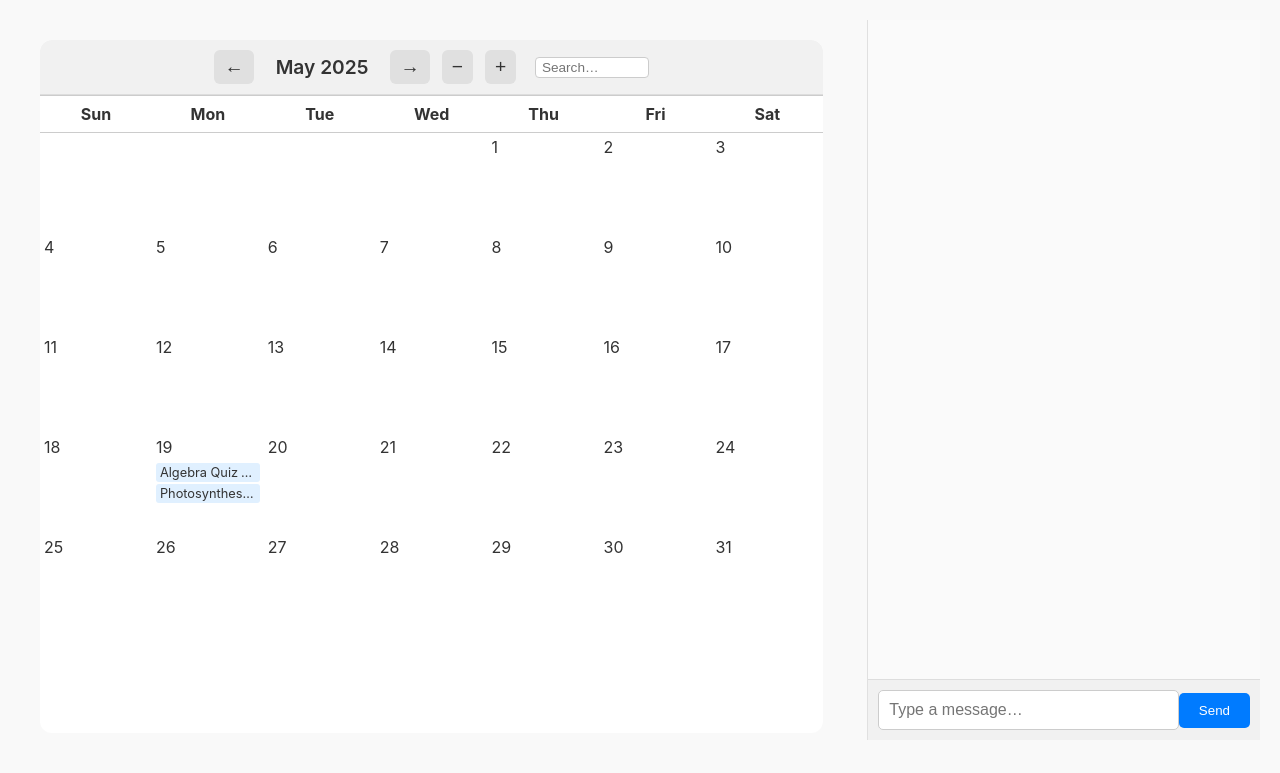
Repository: saifg123/Peer
Page: app.html
The author's editor kept a copy of each file at every save. The page is drawn from the files as they stood at one save, then again after the next save.
The browser window is 1280 px wide. The pictures show the whole page.

Above is the page before, as saved 2025-05-19 13:29:35.

After the next save:
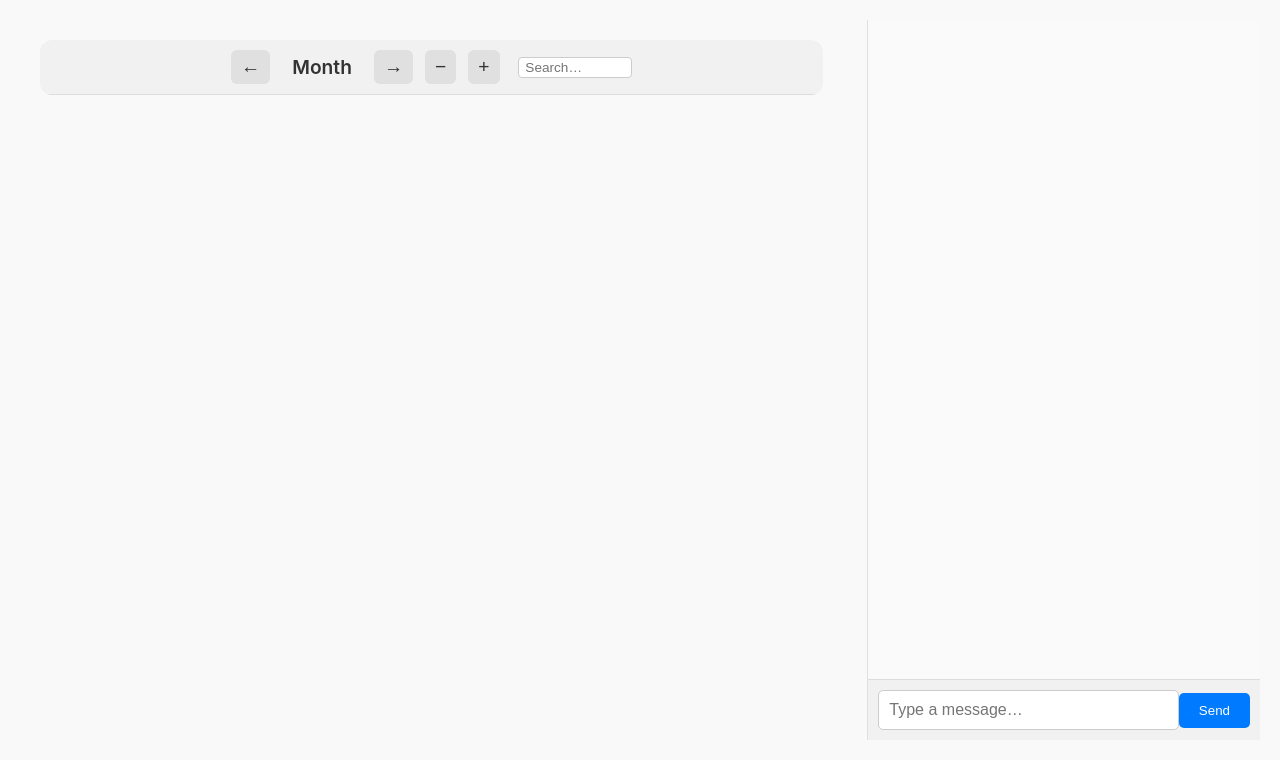
Console error: SyntaxError: Identifier 'toDate' has already been declared
Saved 3 min 53 s later.
--- a/script.js
+++ b/script.js
@@ -496,7 +496,13 @@
 });
 
 calendarEl.addEventListener("drop", (e) => {
-  const targetCell = e.target.closest("[data-date]");
+  let target = e.target;
+while (target && !target.dataset.date) {
+  target = target.parentElement;
+}
+if (!target) return;
+const toDate = target.dataset.date;
+
   if (!targetCell) return;
 
   const fromDate = e.dataTransfer.getData("text/plain");

After the 2 saves that followed:
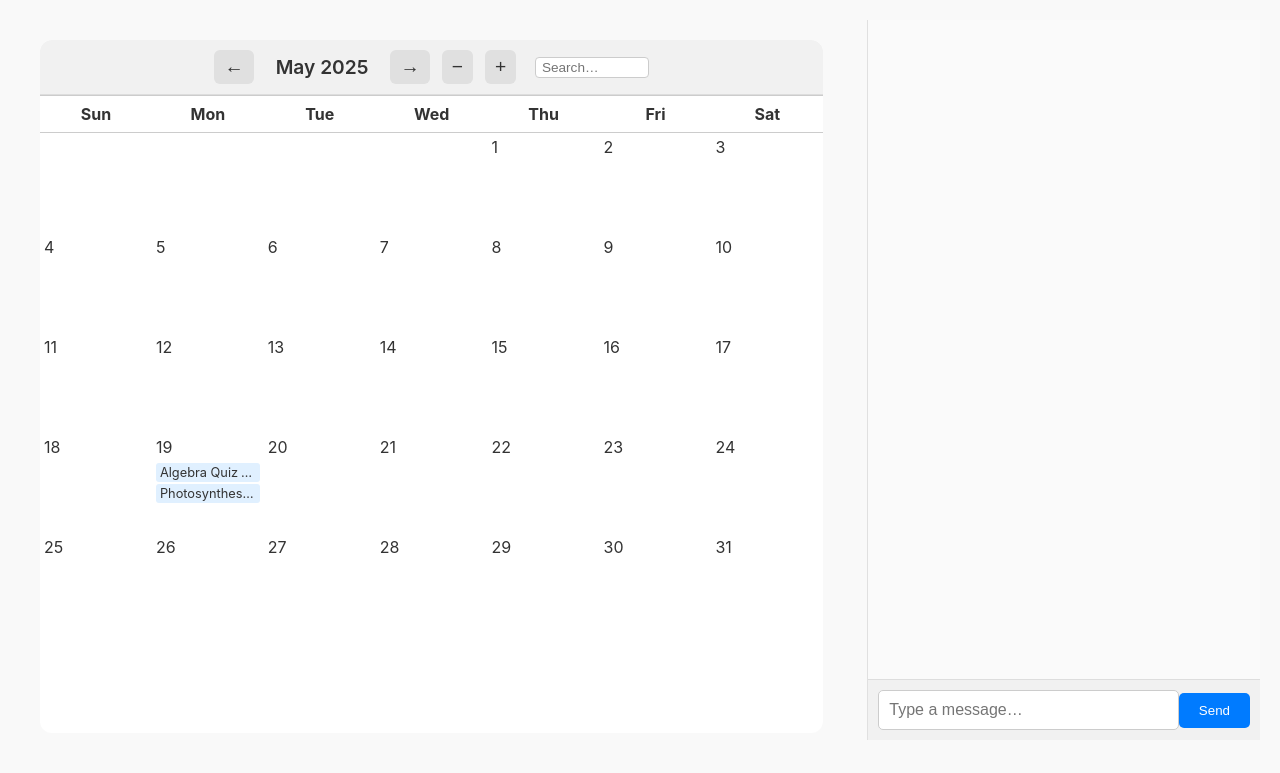
The error is gone.
The 2 saves are shown as one change because 1 left the picture as it was.
The last was saved 3 min 42 s later.
--- a/script.js
+++ b/script.js
@@ -482,11 +482,16 @@
 animate();
 // ─── Drag-and-Drop Notes ───
 calendarEl.addEventListener("dragstart", (e) => {
+  calendarEl.addEventListener("dragstart", (e) => {
   const banner = e.target.closest(".note-banner");
-  if (banner) {
-    const cell = banner.closest("[data-date]");
-    e.dataTransfer.setData("text/plain", cell.dataset.date);
-  }
+  if (!banner) return;
+
+  const noteKey = banner.dataset.noteKey;
+  if (!noteKey) return;
+
+  e.dataTransfer.setData("text/plain", noteKey);
+});
+
 });
 
 calendarEl.addEventListener("dragover", (e) => {
@@ -506,7 +511,7 @@
   if (!targetCell) return;
 
   const fromDate = e.dataTransfer.getData("text/plain");
-  const toDate   = targetCell.dataset.date;
+
   if (!fromDate || !toDate || fromDate === toDate) return;
 
   // Move note data
